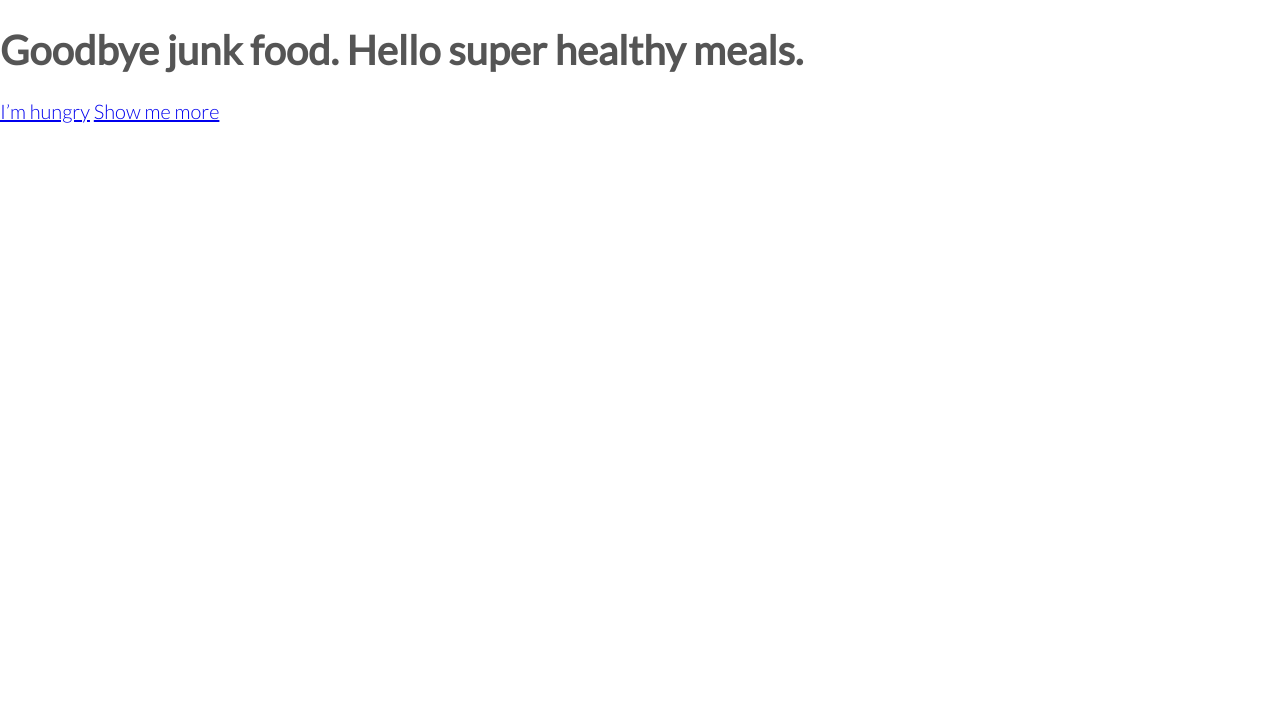
Repository: MalgorzataMazur/Omnifood
Page: index.html
An editor plug-in stored every save of this project. The page is shown before and after the next save, followed by the edit.
The browser window is 1280 px wide. The pictures show the whole page.

Above is the page before, as saved 2019-10-23 20:32:25.

### index.html
<!DOCTYPE html>
<html lang="en">
    <head>
        <link rel="stylesheet" href="vendors/css/normalize.css">
        <link rel="stylesheet" href="vendors/css/grid.css">
        <link rel="stylesheet" href="resources/css/style.css">
        <link href="https://fonts.googleapis.com/css?family=Lato:100,300,300i,400&display=swap" rel="stylesheet">
        <meta charset="UTF-8">
        <meta name="viewport" content="width=device-width, initial-scale=1.0">
        <meta http-equiv="X-UA-Compatible" content="ie=edge">
        <title>Omnifood</title>
    </head>
    <body>
        <header> <!-- like container to put some conetent nav, footer, main element for the main cinetent etc-->
            <div class="hero-text-box">
                <h1>Goodbye junk food. Hello super healthy meals.</h1>
                <a href="#">I’m hungry</a>
                <a href="#">Show me more</a>



            </div>
        </header>


    </body>
</html>

### resources/css/style.css
* {
    margin: 0%;
    padding: 0%;
    box-sizing: border-box;
}

html {
    background-color: #fff;
    color: #555;
    font-family: 'Lato';'Arial', sans-serif;
    font-weight: 300;
    font-size: 20px;
    text-rendering: optimizeLegibility;
}

.row {
    max-width: 1140px;
    margin: 0 auto;
}

header {
    background-image: linear-gradient(rgba(0, 0, 0, 0.705), rgba(0, 0, 0, 0.705)) (url(img/hero.jpg);
    background-size: cover;
    background-position: center;
    height: 100vh;
}

.hero-text-box {
    position: absolute;
    width: 1140px;
    top: 50%;
    left: 50%;
    transform: translate(-50%,-50%);
}

h1 {
    margin: 0;
}

Loaded but not shown: vendors/css/normalize.css (library); vendors/css/grid.css (library)

After the next save:
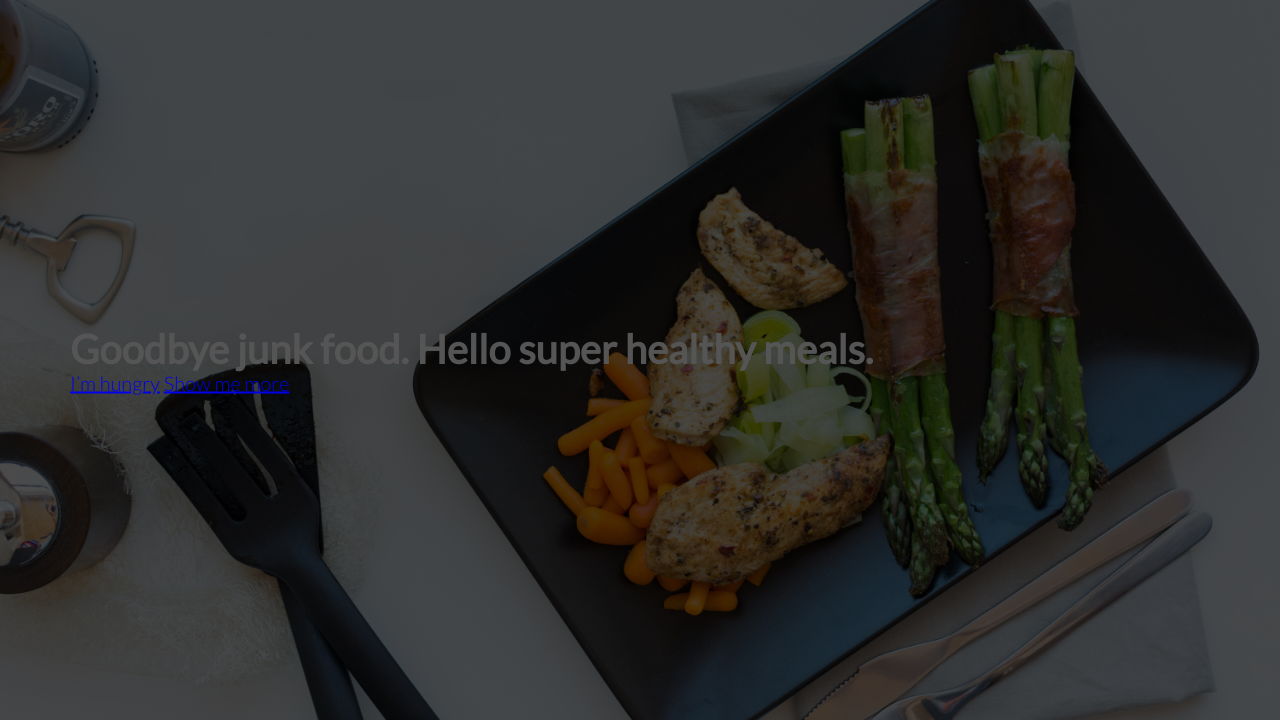
Saved 39 s later.
--- a/resources/css/style.css
+++ b/resources/css/style.css
@@ -19,7 +19,7 @@ html {
 }
 
 header {
-    background-image: linear-gradient(rgba(0, 0, 0, 0.705), rgba(0, 0, 0, 0.705)) (url(img/hero.jpg);
+    background-image: linear-gradient(rgba(0, 0, 0, 0.705), rgba(0, 0, 0, 0.705)), url(img/hero.jpg);
     background-size: cover;
     background-position: center;
     height: 100vh;
